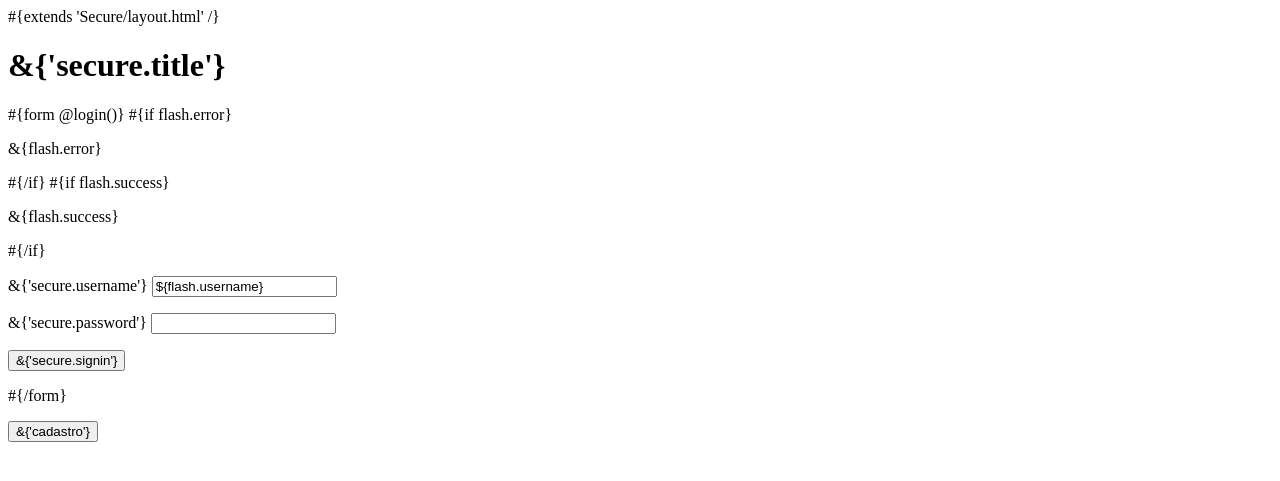
Repository: danilofonte/playframework-tutorial
Page: controleAcesso/app/views/Admin/main.html
These files come from the project's save history. The page is drawn as it stood at one moment and after the next save; the edit follows.
The browser window is 1280 px wide. The pictures show the whole page.

Above is the page before, as saved 2014-02-05 11:37:18.

### controleAcesso/app/views/Admin/main.html
#{extends 'Secure/layout.html' /}

<div id="login">

	<h1>&{'secure.title'}</h1>

	#{form @login()}

		#{if flash.error}
			<p class="error">
				&{flash.error}
			</p>
		#{/if}
		#{if flash.success}
			<p class="success">
				&{flash.success}
			</p>
		#{/if}

		<p id="username-field">
			<label for="email">&{'secure.username'}</label>
			<input type="text" name="usuario.email" id="email" value="${flash.username}" />
		</p>
		<p id="password-field">
			<label for="password">&{'secure.password'}</label>
			<input type="password" name="usuario.password" id="password" value="" />
		</p>
		<p id="signin-field">
			<input type="submit" id="signin" value="&{'secure.signin'}" />
		</p>
	#{/form}
	<p id="signin-field">
		<a href="@cadastro()"><button>&{'cadastro'}</button></a>
	</p>
</div>

After the next save:
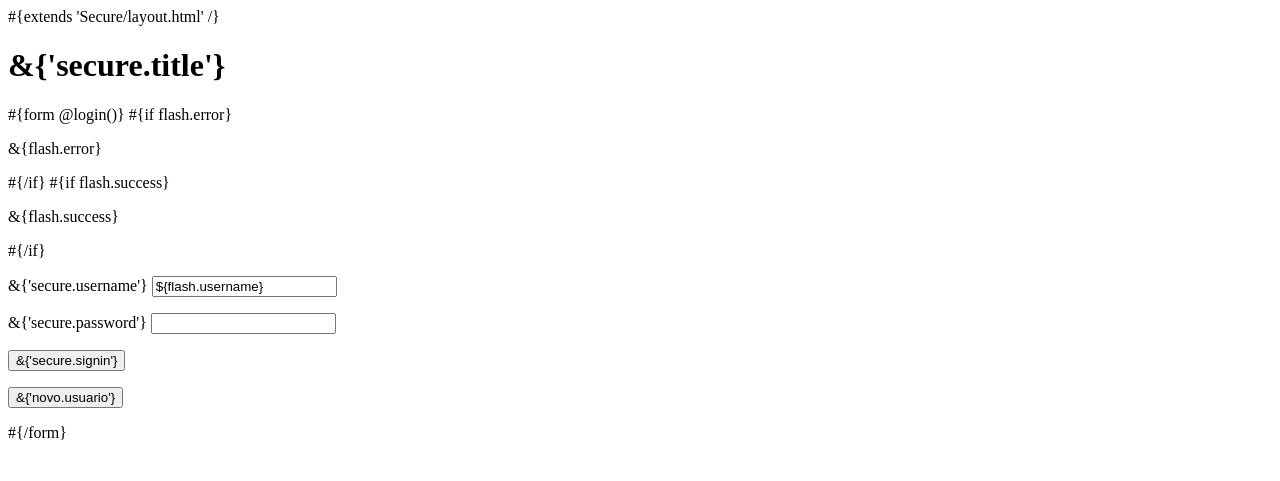
Saved 33 s later.
--- a/controleAcesso/app/views/Admin/main.html
+++ b/controleAcesso/app/views/Admin/main.html
@@ -28,8 +28,8 @@
 		<p id="signin-field">
 			<input type="submit" id="signin" value="&{'secure.signin'}" />
 		</p>
+		<p id="signin-field">
+			<a href="@cadastro()"><input type="button" id="insert" value="&{'novo.usuario'}"/></a>
+		</p>
 	#{/form}
-	<p id="signin-field">
-		<a href="@cadastro()"><button>&{'cadastro'}</button></a>
-	</p>
 </div>
